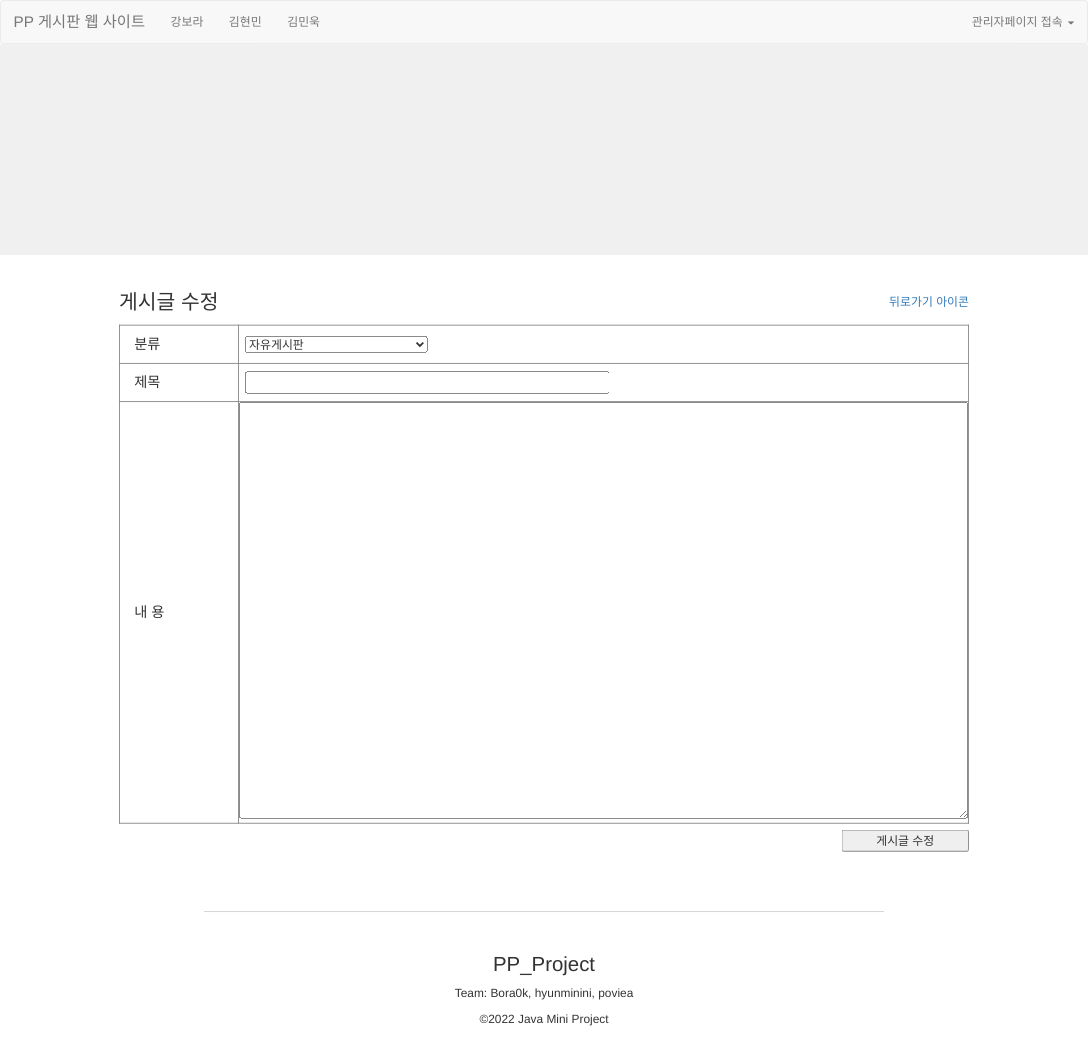
Repository: hyunminini/CommunityPage
Page: http://localhost/PP_Project/update.jsp
An editor plug-in stored every save of this project. The page is shown before and after the next save, followed by the edit.
The browser window is 1280 px wide. The pictures show the whole page, at 85% of full size.
Some web libraries are served in a nearby version. The page is served by Tomcat 9. Other server files are loaded and not shown.

Above is the page before, as saved 2022-09-29 05:02:34.

### PP_Project/WebContent/update.jsp
<%@ page language="java" contentType="text/html; charset=utf-8" pageEncoding="utf-8"%>
<%@ taglib prefix="c" uri="http://java.sun.com/jsp/jstl/core" %>
<%@ taglib prefix="fn" uri="http://java.sun.com/jsp/jstl/functions" %>

<!DOCTYPE html>
<html>
<head>
<meta http-equiv="Content-Type" content="text/html; charset=utf-8">
<meta name="viewport" content="width=device-width" initial-scal="1">
<link rel="stylesheet" href="css/bootstrap.css">
<link rel="stylesheet" href="css/board.css">
<link rel="stylesheet" href="css/layout.css">
<title>update.jsp</title>
<style>
footer {
	height: auto;
	background: none;
}

.ft-wrap {
	border-top: 1px solid #ccc;
	text-align: center;
	padding: 2em 0em 2em 0em;
}

</style>

</head>
<body>


<!-- 네비게이션 -->
<nav class="navbar navbar-default">
		<!-- 네비게이션 상단 Header  -->
		<div class="navnar-header">
			<button
				type="button"
				class="navbar-toggle collapese"
				data-toggle="collapse"
				data-target="#bs-example-navbar-collapse-1"
				aria-expanded="false">

				<span class="icon-bar"></span>
				<span class="icon-bar"></span>
				<span class="icon-bar"></span>
			</button>
			<a class="navbar-brand" href="board.do?command=backDrop">
				PP 게시판 웹 사이트
			</a>
		</div>

		<!-- 메뉴 영역 깃허브 링크 이동 -->
		<div class="collapse navbar-collapse" id="bs-example-navbar-collapse-1">
			<ul class="nav navbar-nav">
				<li><a href="https://github.com/Bora0k" target="_blacnk">강보라</a></li>
				<li><a href="https://github.com/hyunminini" target="_blacnk">김현민</a></li>
				<li><a href="https://github.com/poviea" target="_blacnk">김민욱</a></li>
			</ul>

			<!-- 메뉴 드랍다운 영역 -->
			<ul class="nav navbar-nav navbar-right">
				<li class="dropdown">
					<a href="#"
						class="dropdown-toggle"
						data-toggle="dropdown"
						role="button"
						aria-haspopup="true"
						aria-expanded="false"
					>
					관리자페이지 접속
					<span class="caret"></span>
					</a>

				<!-- 드랍다운 아이템 영역 -->
				<ul class="dropdown-menu">
					<li class="active">
						<a href="Login.jsp">접속하기</a>
					</li>
				</ul>
			</li>
		</ul>
	</div>
</nav>

	<!-- 메인 이미지 -->
<div class="mainImg"></div>

<div class="form-wrap">

	<%
		String board_cnum = (String) request.getParameter("board_cnum");
	%>

<form name=updateForm method=post action="board.do?command=update&board_cnum=<%=board_cnum %>" onSubmit='checkValid()'>
    <input type="hidden" value="update" name="command">
    <input type='hidden' name='board_cnum' value="${resultContent.board_cnum}">
<!-- 	<input type="hidden" name="command" value="write"> -->
	<table align="center" cellpadding="5" cellspacing="2" width="100%" border="1">
      	<div class="board-text-flex">
      		<h3 class="board-name">게시글 수정</h3>
      		<p><a href="javascript:history.back();">뒤로가기 아이콘</a></p>
      	</div>
    	<tr>
       	 	<td class="left-td">
            	<p class="board-in-text">분류</p>
        	</td>
        	<td class="right-td">
				<select class="category" name="category" value="${resultContent.category}">
					<option value="자유게시판">자유게시판</option>
					<option value="점메추">점메추</option>
					<option value="유머">유머</option>
				</select>
			</td>
    	</tr>
    	<tr>
        	<td class="left-td">
            	<p class="board-in-text">제목</p>
       		</td>
        	<td class="right-td">
				<input class="title" type=text name="title" value="${resultContent.title}">
			</td>
   		</tr>

   		<tr>
       		<td class="left-td">
            	<p class="board-in-text">내 용</p>
        	</td>
        	<td class="right-td">
				<textarea name="content" cols="50" rows="10" value="${resultContent.content}">
					${resultContent.content}
				</textarea>
			</td>
    	</tr>
	</table>

	<input type="hidden" name="board_cnum" value="${board_cnum}"></input>
	<input type="hidden" name="empno" value="${empno}"></input>
	<div class="btn-wrap">
		<input class="submit" type="submit" value="게시글 수정">
	</div>

</form>
</div>

<footer>
	<div class="max-wrap">
		<div class="ft-wrap">
			<h3>PP_Project</h3>
			<p>Team: Bora0k, hyunminini, poviea</p>
			<p>©2022 Java Mini Project</p>
		</div>
	</div>
</footer>

<script src="https://code.jquery.com/jquery-3.1.1.min.js"></script>
<script src="js/bootstrap.js"></script>
</body>
</html>

### PP_Project/WebContent/css/board.css
@charset "UTF-8";

	.board-text-flex {
		display: flex;
		justify-content: space-between;
		align-items: center;
		padding: 3em 0 1em 0;
	}
	.board-text-flex h3 {
		margin: 0px;
	}
	.board-text-flex p {
		margin: 0px;
	}
	.form-wrap {
		width: 100%;
		max-width: 1000px;
		margin: 0 auto;
	}
	.board-in-text {
		margin: 0px;
		font-size: 1.2em;
		margin-left: 1em;
		padding: 10px 0px 10px 0px;
	}
	.category {
		width: 25%;
		margin-left: 0.5em;
	}
	.title {
		width: 50%;
		margin-left: 0.5em;
	}
	.btn-wrap {
		text-align: right;
	}
	.submit {
		margin-top: 0.5em;
		width: 15%;
	}
	.left-td {
		width: 10em;
	}
	textarea {
		width: 100%;
		height: 35em;
	}

	.max-wrap{
		width:100%;
		max-width:800px;
		margin: 0 auto;
	}

	.board-wrap {
		margin-top: 5em;
	}

	.read-title {
		border-top: 1px solid #ccc;
		border-bottom: 1px solid #ccc;
		background-color: #f0f0f0;
		display: flex;
		justify-content: space-between;
		align-items: center;
		padding: 1em 0.5em 1em 0.5em;
	}

	.read-title p{
		margin: 0;
	}
	.read-conwrap {
		margin: 0px;
		padding: 1em 0.3em 1em 0.3em;
		border-bottom: 1px solid #ccc;
		display: flex;
		justify-content: space-between;
	}

	.ename {
		margin: 0px;
	}

	.read-con {
		margin: 0px;
		display: flex;
		align-items: center;
	}

	.read-con li {
		list-style: none;
		margin-left: 0.5em;
	}

	.data-btn {
		padding-top: 2em;
	}

### PP_Project/WebContent/css/layout.css
@charset "UTF-8";

	.navbar {
		margin: 0;
	}
	.mainImg {
		background: #f0f0f0;
		width: 100%;
		height: 248px;
	}

	footer {
		width:100%;
		height: auto;
		margin: 0 auto;
		margin-top: 5em;
	}

	.ft-wrap {
		border-top: 1px solid #ccc;
		text-align: center;
		padding: 2em 0em 2em 0em;
	}

Loaded but not shown: PP_Project/WebContent/css/bootstrap.css (library); PP_Project/WebContent/js/bootstrap.js (library)

After the next save:
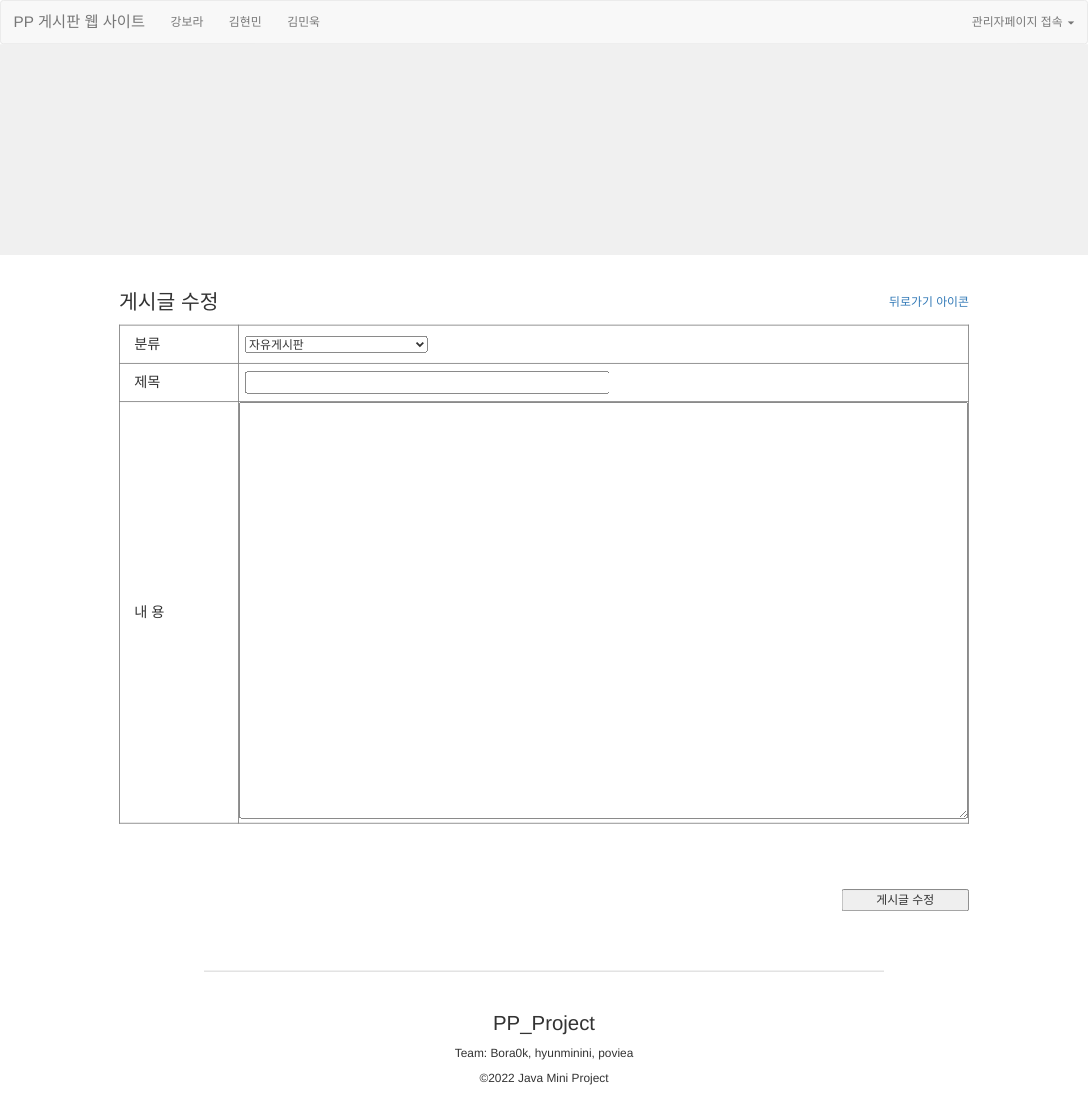
Saved 3 h 12 min later.
--- a/PP_Project/WebContent/css/board.css
+++ b/PP_Project/WebContent/css/board.css
@@ -1,5 +1,5 @@
 @charset "UTF-8";
-
+	/* BoardRead */
 	.board-text-flex {
 		display: flex;
 		justify-content: space-between;
@@ -93,5 +93,142 @@
 	}
 
 	.data-btn {
-		padding-top: 2em;
-	}
+		padding-top: 1em;
+	}
+
+	.upload-wrap {
+		width: 100%;
+		margin-top: 2em;
+		padding: 0.5em 0.3em 0.5em 0.3em;
+		border-bottom: 1px solid #ccc;
+		border-top: 1px solid #ccc;
+		background: #f0f0f0;
+	}
+
+	.btn-wrap {
+		margin-top: 5em;
+	}
+	.btn-wrap button {
+		background: #f0f0f0;
+		border: 1px solid #ccc;
+		border-radius: 5px;
+		padding: 0.3em 2em 0.3em 2em;
+	}
+	.upload-wrap {
+		width: 100%;
+		margin-top: 1em;
+		padding: 0.5em 0.3em 0.5em 0.3em;
+		border-bottom: 1px solid #ccc;
+		border-top: 1px solid #ccc;
+		background: #f0f0f0;
+	}
+
+	.data-btn {
+		display: flex;
+		justify-content: space-between;
+		padding-top: 1em;
+	}
+
+	.data-btn > * {
+		margin-left: 5px;
+		margin-right: 5px;
+	}
+
+	.board {
+		padding: 1em 0.3em 1em 0.3em;
+		font-size: 1.1em;
+		line-height: 32px;
+	}
+
+	#data-form input {
+		background: #f0f0f0;
+		border: 1px solid #ccc;
+		padding: 0.3em 2em 0.3em 2em;
+	}
+
+	#data-form input:hover {
+		transition: 0.5s;
+		background: #f9f9f9;
+	}
+
+	#data-form input:active {
+		background: #e9e9e9;
+	}
+
+	#loginForm button {
+		background: #f0f0f0;
+		border: 1px solid #ccc;
+		padding: 0.3em 2em 0.3em 2em;
+	}
+
+	#loginForm button:hover {
+		transition: 0.5s;
+		background: #f9f9f9;
+	}
+
+	#loginForm button:active {
+		background: #e9e9e9;
+	}
+
+	#add {
+		margin-top: 0.5em;
+		background: #fff;
+		border: 1px solid #ccc;
+		padding: 0.3em 5em 0.3em 5em;
+	}
+
+	.in-btn button {
+		background: #fff;
+		border: 1px solid #ccc;
+		margin-left: 0.7em;
+	}
+
+	.in-btn button:hover {
+		transition: 0.5s;
+		opacity: 0.5;
+	}
+
+	.comment-wrap {
+		width: 100%;
+		margin-top: 1em;
+		padding: 0.5em 1em 0.5em 1em;
+		border-bottom: 1px solid #ccc;
+		border-radius: 0px;
+	}
+
+	.comment-wrap h3 {
+		font-size: 1.5em;
+	}
+
+	.comment-wrap p {
+		margin: 0px;
+		padding: 0.5em 0em 0.5em 0em;
+	}
+
+	.comment-wrap span {
+		color: #ccc;
+		font-size: 0.6em;
+		margin-left: 1em;
+	}
+
+	.comment-add {
+		margin-top: 5em;
+	}
+
+	.comment-add p {
+		font-size: 1.5em;
+	}
+
+	.comment {
+		height: 10em;
+	}
+
+	.in-content {
+		display: flex;
+		justify-content: space-between;
+		align-items: center;
+	}
+
+	.add-wrap {
+		text-align: right;
+	}
